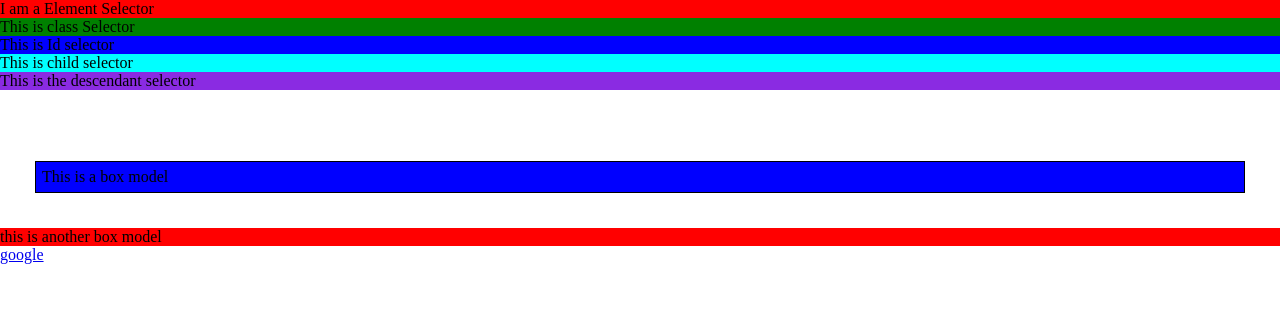
Repository: diensy/Web_dev
Page: first.css/selector.html
An editor plug-in stored every save of this project. The page is shown before and after the next save, followed by the edit.
The browser window is 1280 px wide. The pictures show the whole page.

Above is the page before, as saved 2024-05-22 20:35:48.

### first.css/selector.html
<!DOCTYPE html>
<html lang="en">
  <head>
    <meta charset="UTF-8" />
    <meta name="viewport" content="width=device-width, initial-scale=1.0" />
    <title>CSS Selector</title>
    <style>
      /* Element Selctor */
      div {
        background-color: red;
      }
      /* CLass Selector */
      .div {
        background-color: green;
      }
      /* Id selector */
      #blue {
        background-color: blue;
      }
      /* Child selector */
      span > p {
        background-color: aqua;
      }
      /* Descendant selector */
      div p {
        background-color: blueviolet;
      }
      /* universal selector */
      * {
        margin: 0;
        padding: 0;
      }
      /* pseudo Selector */
      a:visited {
        color: black;
      }
      a:active {
        background-color: red;
      }
      a:hover {
        background-color: aquamarine;
      }
      .box1 {
        background-color: blue;
        margin: 35px;
        padding: 6px;
        border: 1px solid black;
        box-sizing: border-box;
      }
    </style>
  </head>
  <body>
    <div>I am a Element Selector</div>
    <div class="div">This is class Selector</div>
    <div id="blue">This is Id selector</div>
    <span><p>This is child selector</p></span>
    <div>
      <article>
        <p>This is the descendant selector</p>
      </article>
    </div>
    <br />
    <br />
    <div class="box1">This is a box model</div>
    <div class="box2">this is another box model</div>
    <a href="https://www.google.com">google</a>
  </body>
</html>

After the next save:
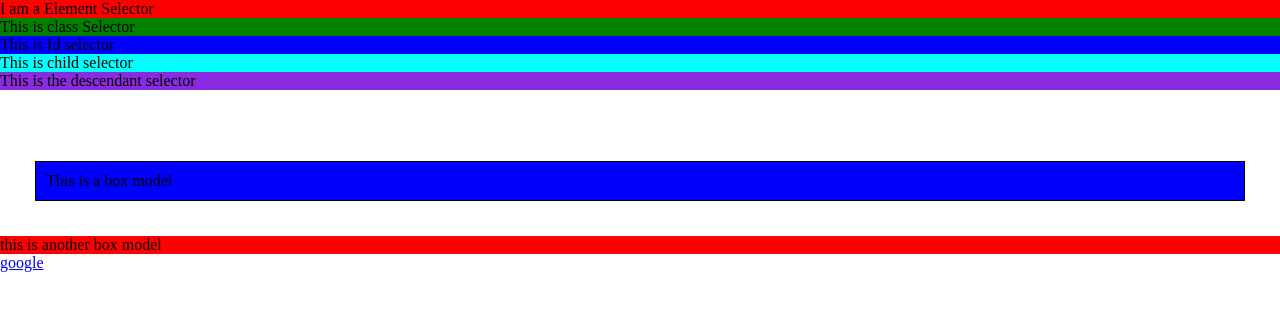
Saved 116 s later.
--- a/first.css/selector.html
+++ b/first.css/selector.html
@@ -43,7 +43,7 @@
       .box1 {
         background-color: blue;
         margin: 35px;
-        padding: 6px;
+        padding: 10px;
         border: 1px solid black;
         box-sizing: border-box;
       }
